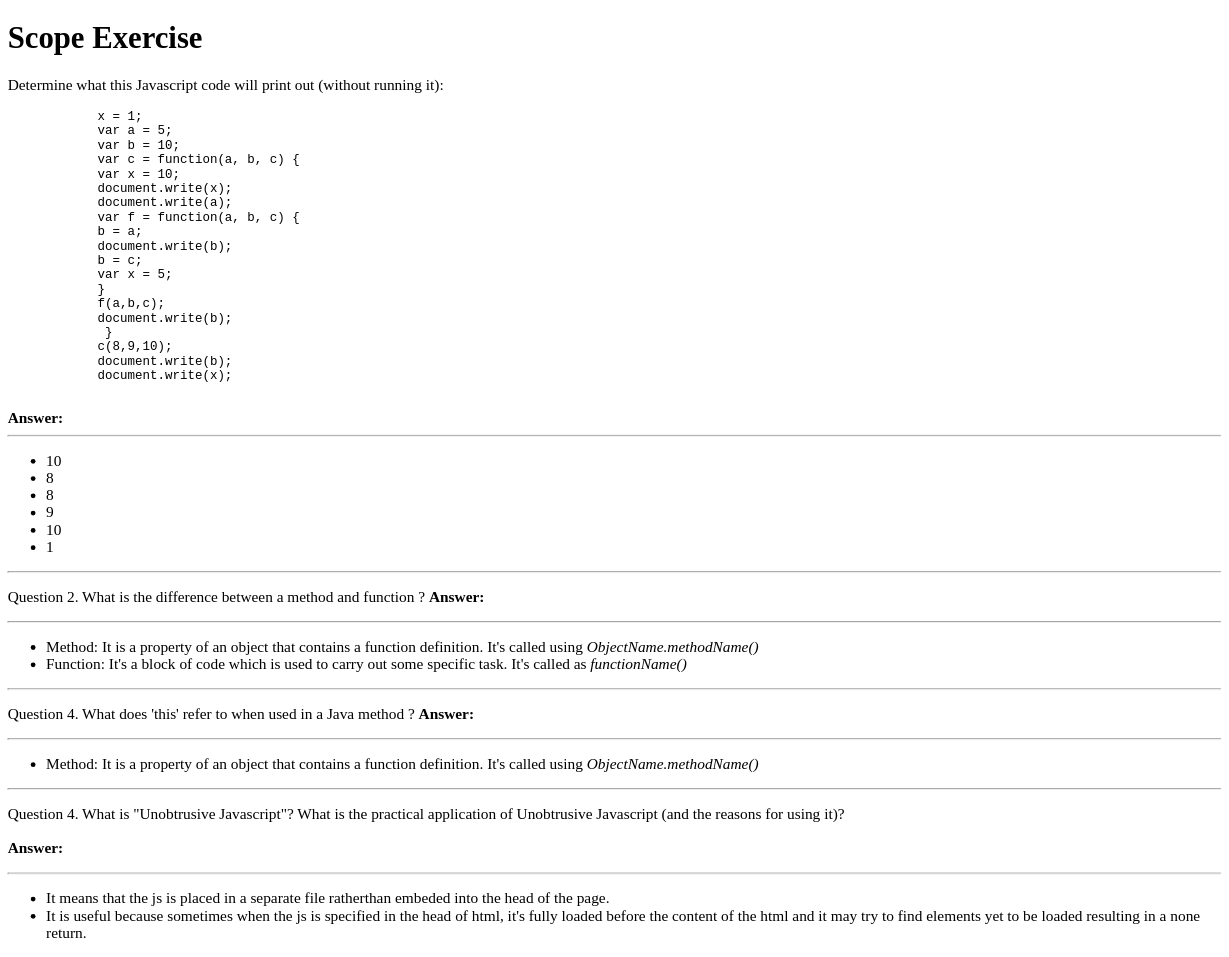
Repository: bethelbahiru/WAP
Page: Homework3/scope.html
An editor plug-in stored every save of this project. The page is shown before and after the next save, followed by the edit.
The browser window is 1280 px wide. The pictures show the whole page, at 96% of full size.

Above is the page before, as saved 2022-01-18 15:58:52.

### Homework3/scope.html
<!DOCTYPE html>
<html lang="en">
<head>
    <meta charset="UTF-8">
    <meta http-equiv="X-UA-Compatible" content="IE=edge">
    <meta name="viewport" content="width=device-width, initial-scale=1.0">
    <title>Scope Exercise</title>
</head>
<body>
    <h1><strong>Scope Exercise</strong></h1>
    <p> Determine what this Javascript code will print out (without running it):
        <pre>
            x = 1;
            var a = 5;
            var b = 10;
            var c = function(a, b, c) {
            var x = 10;
            document.write(x);
            document.write(a);
            var f = function(a, b, c) {
            b = a;
            document.write(b);
            b = c;
            var x = 5;
            }
            f(a,b,c);
            document.write(b);
             }
            c(8,9,10);
            document.write(b);
            document.write(x);
        </pre>

        <strong>Answer:</strong>
        <hr>
        <ul>
            <li>10</li>
            <li>8</li>
            <li>8</li>
            <li>9</li>
            <li>10</li>
            <li>1</li>
        </ul>
    </p>
    <hr>
    <p>Question 2.  What is the difference between a method and function ?

        <strong>Answer:</strong>
        <hr>
        <ul>
            <li>Method: It is a property of an object that contains a function definition. It's called using <em>ObjectName.methodName()</em></li>
            <li>Function: It's a block of code which is used to carry out some specific task. It's called as <em>functionName()</em></li>
        </ul>
    </p>
    <hr>
    <p>Question 4. What does 'this' refer to when used in a Java method ?
        <strong>Answer:</strong>
        <hr>
        <ul>
            <li>Method: It is a property of an object that contains a function definition. It's called using <em>ObjectName.methodName()</em></li>
        </ul>
    </p>
    <hr>
    <p>Question 4. What is "Unobtrusive Javascript"? What is the practical application of Unobtrusive Javascript (and the reasons
        for using it)?
        <br/>
        <br/>
        <strong>Answer:</strong>
        <hr>
        <ul>
            <li>It means that the js is placed in a separate file ratherthan embeded into the head of the page.</li>
            <li>It is useful because sometimes when the js is specified in the head of html, it's fully loaded before the content of the html and it may try to find elements yet to be loaded resulting in a none return.</li>
        </ul>
    </p>

</body>
</html>

After the next save:
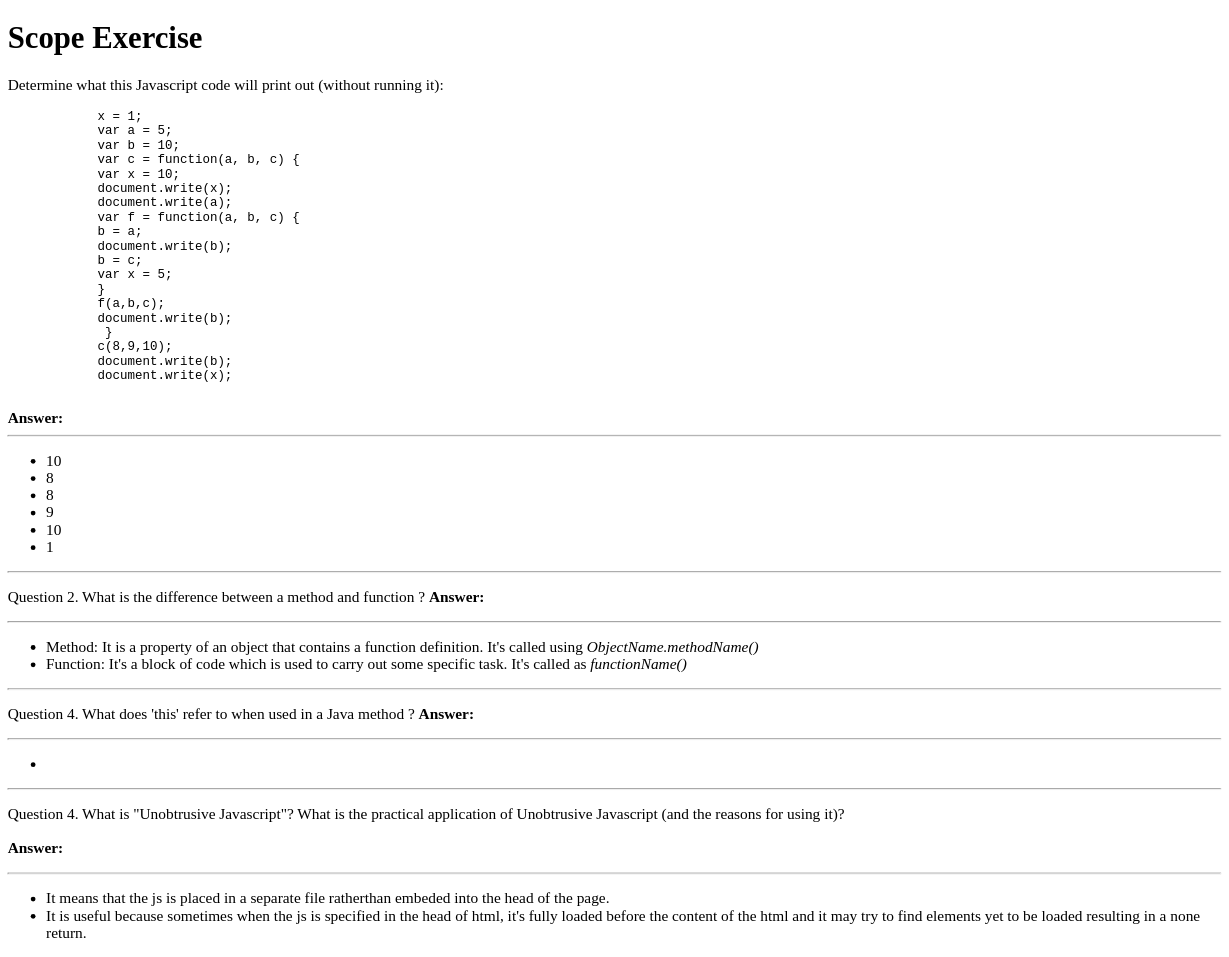
Saved 9 s later.
--- a/Homework3/scope.html
+++ b/Homework3/scope.html
@@ -57,7 +57,7 @@
         <strong>Answer:</strong>
         <hr>
         <ul>
-            <li>Method: It is a property of an object that contains a function definition. It's called using <em>ObjectName.methodName()</em></li>
+            <li></li>
         </ul>
     </p>
     <hr>
